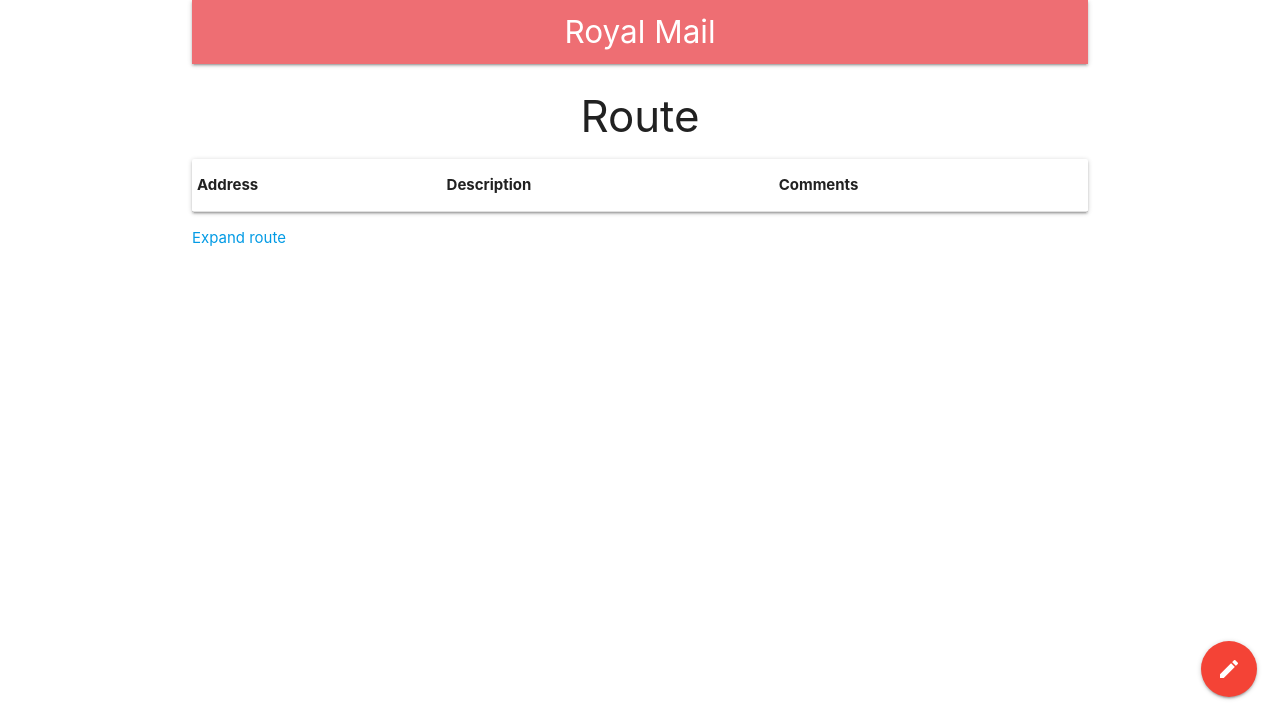
Repository: bandyp/Postal-Reminders
Page: http://localhost/goto_home
The author's editor kept a record of every edit. The page is drawn from the files as they stood at one moment, then again after the next edit.
The browser window is 1280 px wide. The pictures show the whole page.
The page is served by the project's application, run on Flask 3 (app.py). Queries for data that is not in the repository find no rows.

Above is the page before.

### templates/incidents.html
{% extends 'base.html' %}
{% block content %}

<nav>
  <div class="nav-wrapper">
    <a href="#" class="brand-logo center">Royal Mail</a>
  </div>
</nav>

<div class="col s12 m7">
  <h3 class="header center">Route</h3>

  <div class="card vertical">
    <div class="card-image test">
      <table>
        <thead>
          <tr>
            <th>Address</th>
            <th>Description</th>
            <th>Comments</th>
          </tr>
        </thead>

        <tbody>
          {% for incident in incidents %}
          <tr>
            <td>{{incident.number}} {{incident.street_name}} </td>
            <td>{{incident.incident_description}}</td>
            <td>{{incident.comments}}</td>
          </tr>
          {% endfor %}
        </tbody>
      </table>

    </div>
  </div>

    <div class="card-action">
      <a href="{{ url_for('see_route') }}">Expand route</a>
    </div>


</div>

<div class="fixed-action-btn toolbar">
  <a class="btn-floating btn-large red">
      <i class="large material-icons">mode_edit</i>
    </a>
  <ul>
    <li class="waves-effect waves-light red label"><a href="{{ url_for('add_hazard') }}">HAZARD</a></li>
    <li class="waves-effect waves-light teal label"><a href="{{ url_for('add_access') }}">ACCESS</a></li>
    <li class="waves-effect waves-light green label"><a href="{{ url_for('add_request') }}">REQUEST</a></li>
  </ul>
</div>

{% endblock %}

### templates/base.html
<!DOCTYPE html>
<html lang="en">

<head>
    <!-- Required meta tags -->
    <meta charset="utf-8">
    <meta name="viewport" content="width=device-width, initial-scale=1, shrink-to-fit=no">

    <!-- Framework CSS -->
    <link href="https://fonts.googleapis.com/icon?family=Material+Icons" rel="stylesheet">
    <link rel="stylesheet" href="https://cdnjs.cloudflare.com/ajax/libs/materialize/1.0.0/css/materialize.min.css">
    <link rel="stylesheet" href="{{url_for('static', filename='style.css')}}" type="text/css"/>

    <title>Postal</title>
</head>

<body>
    <div class="container">
    {% block content %} {% endblock %}
    </div>

    <script src="https://cdnjs.cloudflare.com/ajax/libs/materialize/1.0.0/js/materialize.min.js"></script>
    <script src="https://code.jquery.com/jquery-3.4.1.min.js" integrity="sha256-CSXorXvZcTkaix6Yvo6HppcZGetbYMGWSFlBw8HfCJo=" crossorigin="anonymous"></script>
  <script>
  document.addEventListener('DOMContentLoaded', function() {
    var elems = document.querySelectorAll('.fixed-action-btn');
    var instances = M.FloatingActionButton.init(elems, {
      toolbarEnabled: true
    });
  });

  document.addEventListener('DOMContentLoaded', function() {
    var elems = document.querySelectorAll('select');
    var instances = M.FormSelect.init(elems);
  });

  document.addEventListener('DOMContentLoaded', function() {
    var elems = document.querySelectorAll('.datepicker');
    var instances = M.Datepicker.init(elems);
  });

  </script>
</body>

</html>

### app.py
import os
from flask import Flask, render_template, redirect, request, url_for
from flask_pymongo import PyMongo
from bson.objectid import ObjectId

app = Flask(__name__)
app.config["MONGO_DBNAME"] = 'route_reminders'
app.config["MONGO_URI"] = 'mongodb+srv://bandyp:Ema1LandreW@myfirstcluster-ehsli.mongodb.net/route_reminders?retryWrites=true&w=majority'

mongo = PyMongo(app)

@app.route('/')
@app.route('/reminders')
def reminders():
    return render_template("login.html", logins=mongo.db.logins.find())

@app.route('/insert_login', methods=['POST'])
def insert_login():
    logins = mongo.db.logins
    logins.insert_one(request.form.to_dict())
    return redirect(url_for('get_incidents'))

@app.route('/get_incidents')
def get_incidents():
    return render_template("incidents.html", incidents=mongo.db.incidents.find(), logins=mongo.db.logins.find())

@app.route('/insert_hazard', methods=['POST'])
def insert_hazard():
    incidents = mongo.db.incidents
    incidents.insert_one(request.form.to_dict())
    return redirect(url_for('get_incidents'))

@app.route('/goto_home')
def goto_home():
    return render_template("incidents.html", incidents=mongo.db.incidents.find(), logins=mongo.db.logins.find())

@app.route('/add_hazard')
def add_hazard():
    return render_template("addhazard.html")

@app.route('/add_access')
def add_access():
    return render_template("addaccess.html")

@app.route('/add_request')
def add_request():
    return render_template("addrequest.html")

@app.route('/edit_incident/<incident_id>')
def edit_incident(incident_id):
    the_incident =  mongo.db.incidents.find_one({"_id": ObjectId(incident_id)})
    return render_template('editincident.html', incident=the_incident)

@app.route('/delete_incident/<incident_id>')
def delete_incident(incident_id):
    mongo.db.incidents.remove({'_id': ObjectId(incident_id)})
    return redirect(url_for('get_incidents'))

@app.route('/see_route')
def see_route():
    return render_template("route.html", incidents=mongo.db.incidents.find(), logins=mongo.db.logins.find())




if __name__ == '__main__':
    app.run(host=os.environ.get('IP'),
            port=int(os.environ.get('PORT')),
            debug=True)

### static/style.css

/* to allow for footer */
body {
    display: flex;
    min-height: 100vh;
    flex-direction: column;
}

/* to allow for footer */
main {
    flex: 1 0 auto;
}

/* raised main page to be higher above footer */
.page {
    margin-bottom: 10vh;
}

/* to make all buttons consistent */
.btn {
     margin:1vw;
     width: 100px;
}

/* elements of footer */
footer {
    position: fixed;
    bottom: 0;
    left: 0;
    width: 100%;
    z-index: +1000;
}

/* raise the button to be higher than the footer */
.incident_button {
    margin-bottom: 8vh;
}

After the next edit:
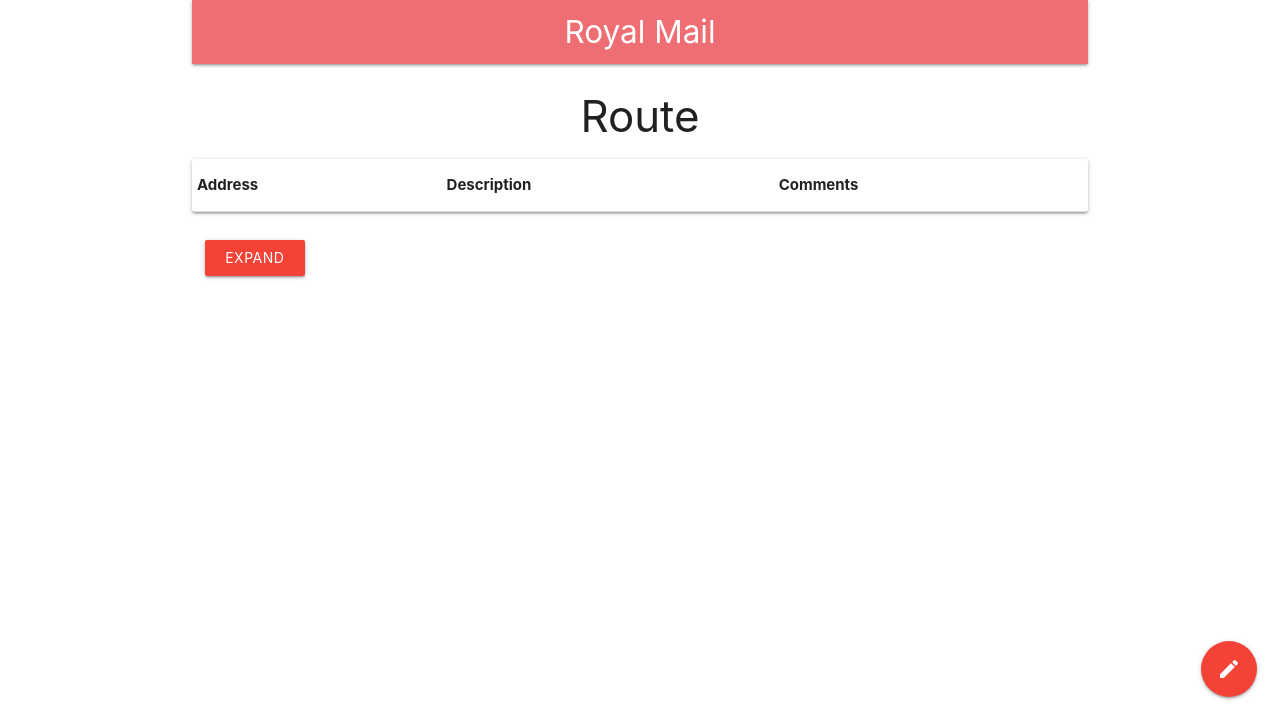
The edit:
--- a/templates/incidents.html
+++ b/templates/incidents.html
@@ -36,7 +36,7 @@
   </div>
 
     <div class="card-action">
-      <a href="{{ url_for('see_route') }}">Expand route</a>
+      <a class="waves-effect red waves-light btn" href="{{ url_for('see_route') }}">Expand route</a>
     </div>
 
 
